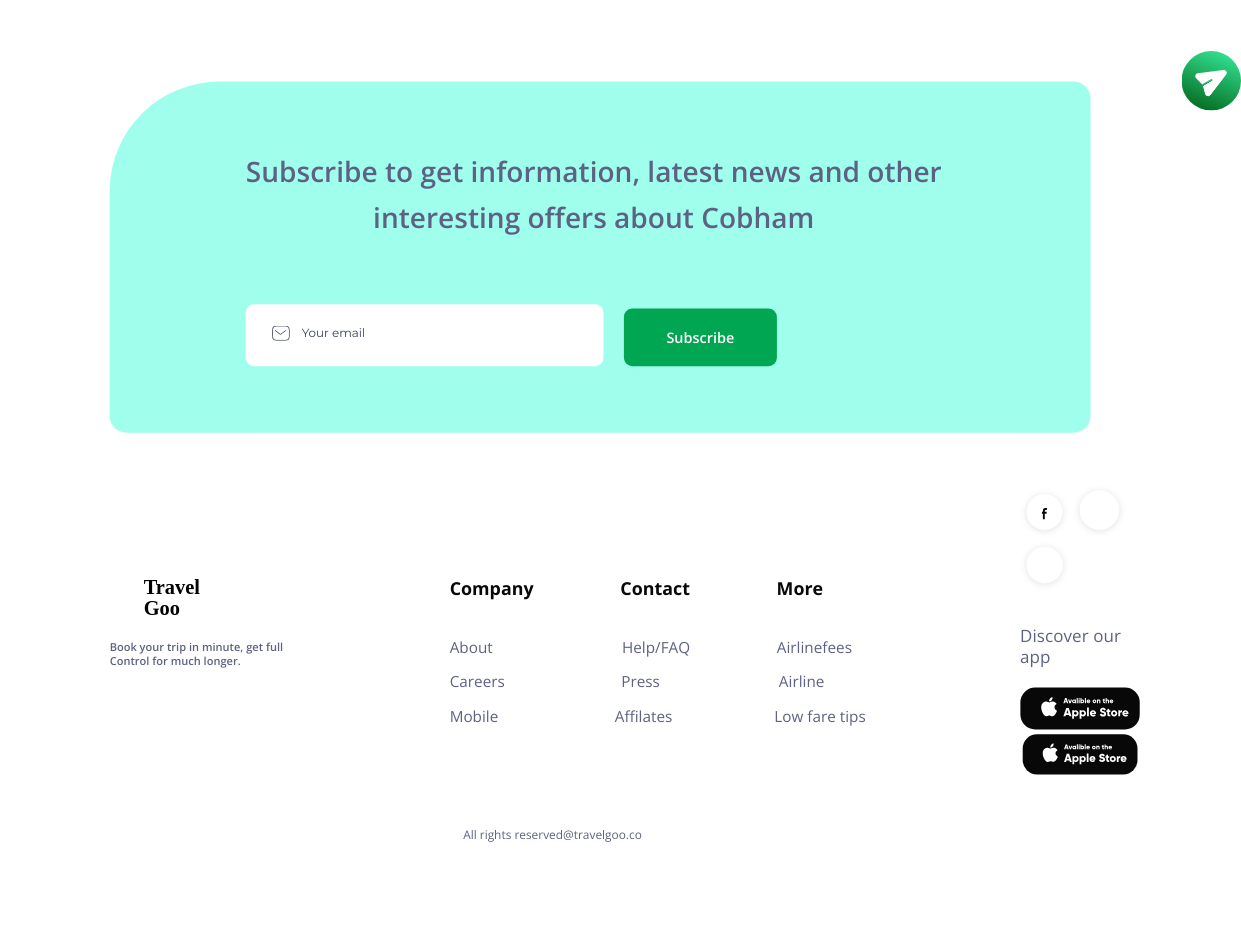
Repository: HeybetzadeQedim/task-5
Page: index.html
An editor plug-in stored every save of this project. The page is shown before and after the next save, followed by the edit.
The browser window is 1280 px wide. The page is 1460 px wide, then 1341 px, then 1460 px, so the pictures cover 1460 px, including what lies to the right of the window. The pictures show the whole page, at 85% of full size.
Some web fonts or font styles are not loaded; a fallback is used.

Above is the page before, as saved 2023-10-16 15:36:52.

### index.html
<!DOCTYPE html>
<html lang="en">
  <head>
    <meta charset="UTF-8" />
    <meta name="viewport" content="width=device-width, initial-scale=1.0" />
    <title>Document</title>
    <link rel="stylesheet" href="./index.css" />
  </head>
  <body>
    <div class="container">
        <div class="box-container">
            <h1>
              Subscribe to get information, latest news and other interesting offers
              about Cobham
            </h1>
            <div class="image-container">
              <img src="images/Group 77 (1).svg" />
            </div>
            <div class="flex-container">
              <div class="flex-container-2">
                <img src="images/Group 46.svg" />
                <p>Your email</p>
              </div>
              <div class="button-container">
                <p>Subscribe</p>
              </div>
            </div>
          </div>
          <div class="main-container">
            <div>
              <div class="position-container">
                <h2>
                  Travel<br />
                  Goo
                </h2>
                <p>
                  Book your trip in minute, get full<br />
                  Control for much longer.
                </p>
              </div>

              <div class="li-container">
                <ul>
                  <li>Company</li>
                  <li>Contact</li>
                  <li>More</li>
                </ul>
              </div>
              <div class="li-container-2">
                <ul>
                  <li>About</li>
                  <li>Help/FAQ</li>
                  <li>Airlinefees</li>
                </ul>
              </div>
              <div class="li-container-3">
                <ul>
                  <li>Careers</li>
                  <li>Press</li>
                  <li>Airline</li>
                </ul>
              </div>
              <div class="li-container-4">
                <ul>
                  <li>Mobile</li>
                  <li>Affilates</li>
                  <li>Low fare tips</li>
                </ul>
              </div>
              <div class="last-container">
                <img src="images/Social.svg" />
                <img src="images/Background (1).svg" />
                <img src="images/Background (1).svg" />
                <p>Discover our app</p>
                <img src="images/Play Store.svg" />
                <img src="images/Play Store.svg" />
              </div>
            </div>
            <div class="footer-box">
              <p>All rights reserved@travelgoo.co</p>
            </div>
          </div>
    </div>

  </body>
</html>

### index.css
@import url("https://fonts.googleapis.com/css2?family=Laila:wght@700&family=Montserrat&family=Open+Sans:wght@400;600;700&display=swap");
* {
  padding: 0;
  margin: 0;
  box-sizing: border-box;
}
.container {
  padding: 96px 109px 64px 129px;
}
.box-container {
  padding: 79px 175px 78px 160px;
  margin-bottom: 170px;
  border-radius: 0px 24px 0px 50px;
  display: inline-block;
  background: #9fffec;
  border-radius: 129px 20px 20px 20px;

}
.box-container h1 {
  width: 819px;
  color: var(--TEXT-CLR, #5e6282);
  text-align: center;
  font-family: Open Sans;
  font-size: 33px;
  font-style: normal;
  font-weight: 600;
  line-height: 54px; /* 163.636% */
}
.box-container img:first-child {
  width: 70px;
  height: 70px;
}
.image-container {
  position: absolute;
  top: 60px;
  left: 1390px;
}
.flex-container {
  display: flex;
}
.flex-container-2 {
  margin-top: 75px;
  padding: 25px 0 25px 31px;
  width: 421px;
  display: flex;
  border-radius: 10px;
  background: var(--white, #fff);
}
.flex-container-2 img:first-child {
  width: 21px;
  height: 18px;
}
.flex-container-2 p {
  margin-left: 14px;
  color: var(--TEXT-COLOR, #39425d);
  font-family: Montserrat;
  font-size: 14px;
  font-style: normal;
  font-weight: 400;
  line-height: normal;
}
.button-container p {
  margin-top: 80px;
  margin-left: 24px;
  padding: 22px 50px 23px 50px;
  border-radius: 10px;
  background-color: #00a651;
  display: inline-block;
  color: var(--white, #fff);
  text-align: center;
  font-family: Open Sans;
  font-size: 17px;
  font-style: normal;
  font-weight: 600;
  line-height: normal;
}

.position-container {
  position: absolute;
}
.main-container h2 {
  margin-bottom: 25px;
  margin-left: 40px;
  color: #000;
  font-family: Laila;
  font-size: 24px;
  font-style: normal;
  font-weight: 700;
  line-height: 102.5%;
}
.main-container p {
  color: var(--TEXT-CLR, #5e6282);
  font-family: Open Sans;
  font-size: 13px;
  font-style: normal;
  font-weight: 600;
  line-height: 124.5%;
}
.li-container {
  margin-left: 400px;
}
.li-container ul {
  display: flex;
}
.li-container li {
  list-style-type: none;
  color: var(--black, #080809);
  font-family: Open Sans;
  font-size: 21px;
  font-style: normal;
  font-weight: 700;
  line-height: 124.5%;
}
.li-container li:nth-child(2) {
  margin-left: 102px;
  margin-right: 102px;
}
.li-container-2 {
  margin-top: 45px;
  margin-left: 400px;
}
.li-container-2 ul {
  display: flex;
}
.li-container-2 li {
  list-style-type: none;
  color: var(--TEXT-CLR, #5e6282);
  font-family: Open Sans;
  font-size: 18px;
  font-style: normal;
  font-weight: 400;
  line-height: 124.5%;
}
.li-container-2 li:first-child {
  margin-right: 50px;
}
.li-container-2 li:nth-child(2) {
  margin-left: 102px;
  margin-right: 102px;
}
.li-container-3 {
  margin-top: 18px;
  margin-left: 400px;
}
.li-container-3 ul {
  display: flex;
}
.li-container-3 li {
  list-style-type: none;
  color: var(--TEXT-CLR, #5e6282);
  font-family: Open Sans;
  font-size: 18px;
  font-style: normal;
  font-weight: 400;
  line-height: 124.5%;
}
.li-container-3 li:first-child {
  margin-right: 35px;
}
.li-container-3 li:nth-child(2) {
  margin-left: 102px;
  margin-right: 140px;
}
.li-container-4 {
  margin-top: 18px;
  margin-left: 400px;
}
.li-container-4 ul {
  display: flex;
}
.li-container-4 li {
  list-style-type: none;
  color: var(--TEXT-CLR, #5e6282);
  font-family: Open Sans;
  font-size: 18px;
  font-style: normal;
  font-weight: 400;
  line-height: 124.5%;
}
.li-container-4 li:first-child {
  margin-right: 35px;
}
.li-container-4 li:nth-child(2) {
  margin-left: 102px;
  margin-right: 120px;
}
.last-container {
  position: absolute;
  top: 570px;
  left: 1200px;
}
.last-container p {
  /* margin-right: 160px; */
  margin-bottom: 22px;
  margin-top: 37px;
  color: var(--TEXT-CLR, #5e6282);
  font-family: Open Sans;
  font-size: 20px;
  font-style: normal;
  font-weight: 400;
  line-height: 124.5%;
  letter-spacing: 0.1px;
}
.last-container img:first-child {
  width: 58px;
  height: 58px;
}
.last-container img:nth-child(2) {
  width: 63px;
  height: 63px;
}
.last-container img:nth-child(3) {
  /* margin-right: 150px; */
  width: 58px;
  height: 58px;
}
.last-container img:nth-child(4) {
  width: 141px;
  height: 49px;
}
.last-container img:last-child {
  /* margin-right: 40px; */
  width: 141px;
  height: 49px;
}
.footer-container p{
  color: var(--3rd, #e5e5e5);
  font-family: Roboto;
  font-size: 22px;
  font-style: normal;
  font-weight: 400;
  line-height: normal;
}
.footer-box p {
  margin-top: 120px;
  margin-bottom: 64px;
  text-align: center;
  color: var(--TEXT-CLR, #5e6282);
  font-family: Open Sans;
  font-size: 14px;
  font-style: normal;
  font-weight: 400;
  line-height: 124.5%;
}
.flex-box {
  display: flex;
}
.flex-box-2 {
  margin-right: 22px;
  margin-left: 22px;
}
.flex-box-3 {
  margin-right: 22px;
}
.flex-box-4 {
  margin-left: 22px;
  margin-right: 22px;
}
.flex-box-5 {
  margin-right: 22px;
}

After the next save:
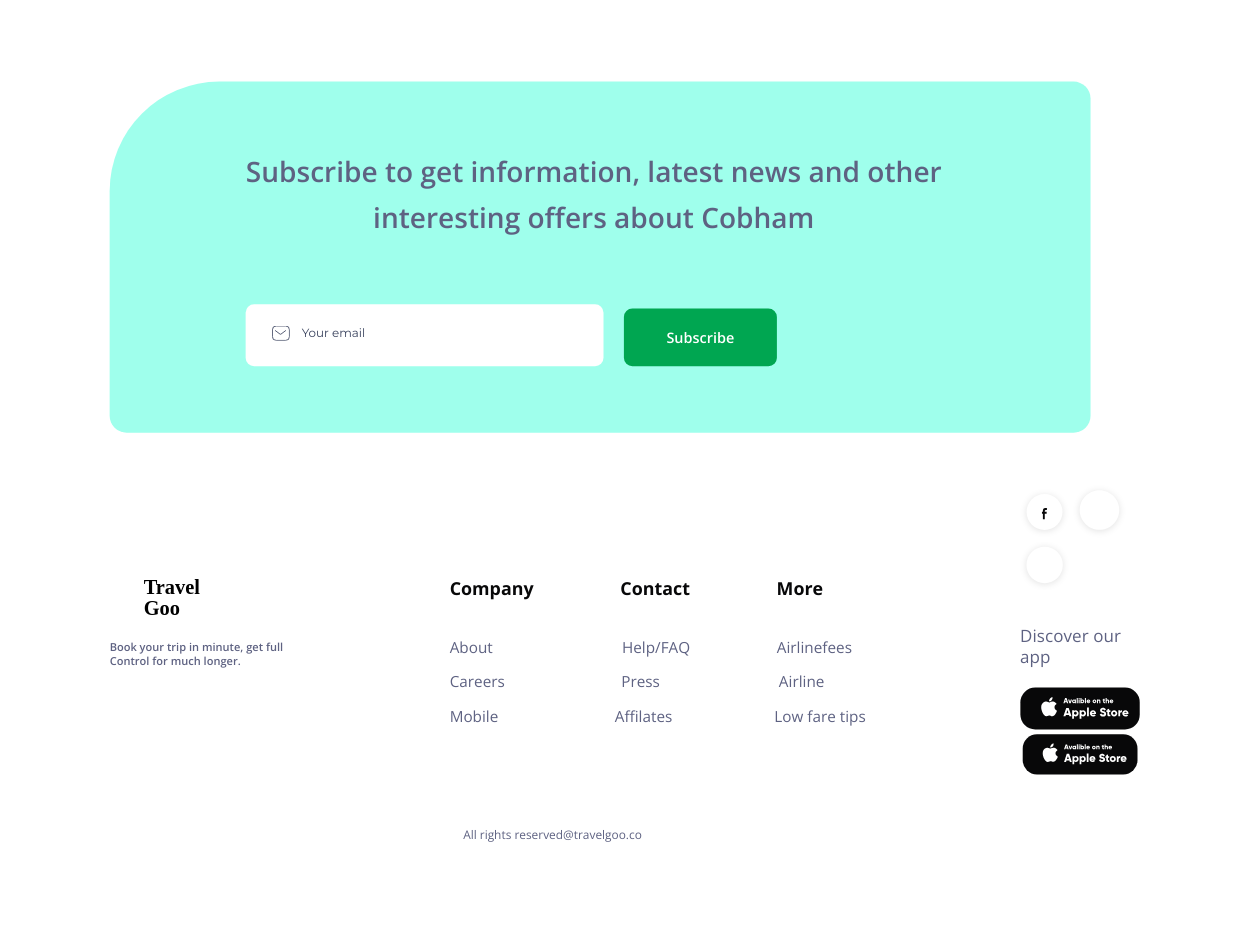
Saved 96 s later.
--- a/index.html
+++ b/index.html
@@ -13,9 +13,7 @@
               Subscribe to get information, latest news and other interesting offers
               about Cobham
             </h1>
-            <div class="image-container">
-              <img src="images/Group 77 (1).svg" />
-            </div>
+
             <div class="flex-container">
               <div class="flex-container-2">
                 <img src="images/Group 46.svg" />

After the save that followed:
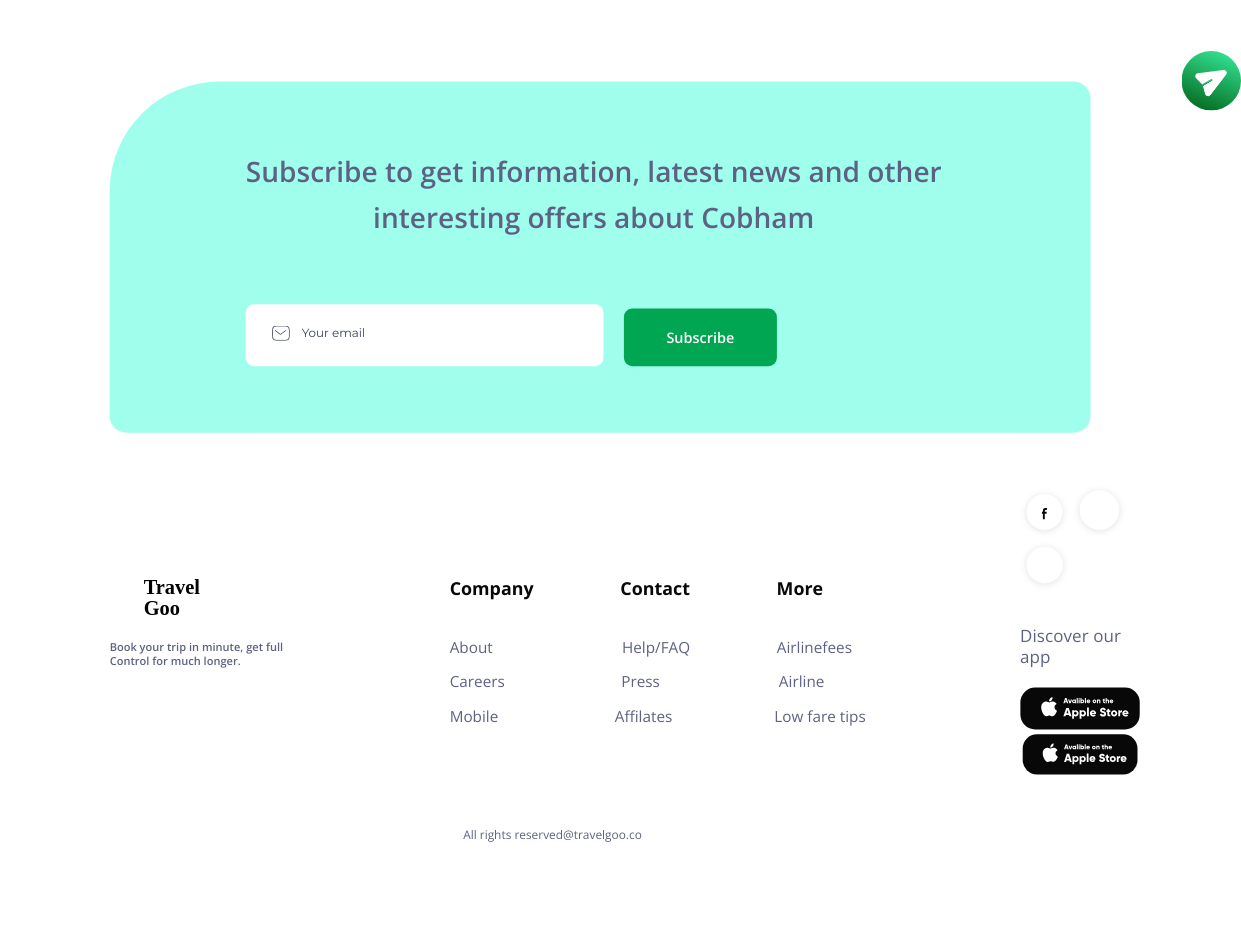
Saved 11 s later.
--- a/index.html
+++ b/index.html
@@ -23,6 +23,9 @@
                 <p>Subscribe</p>
               </div>
             </div>
+          </div>
+          <div class="image-container">
+            <img src="images/Group 77 (1).svg" />
           </div>
           <div class="main-container">
             <div>
